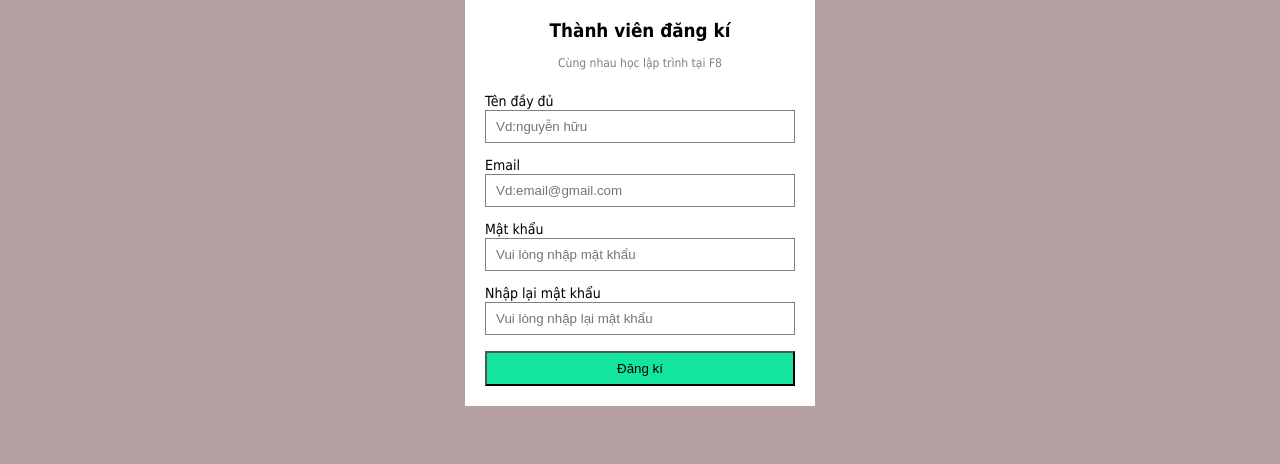
Repository: HuunvDev/Validator
Page: index.html
An editor plug-in stored every save of this project. The page is shown before and after the next save, followed by the edit.
The browser window is 1280 px wide. The pictures show the whole page.

Above is the page before, as saved 2022-08-20 09:46:29.

After the next save:
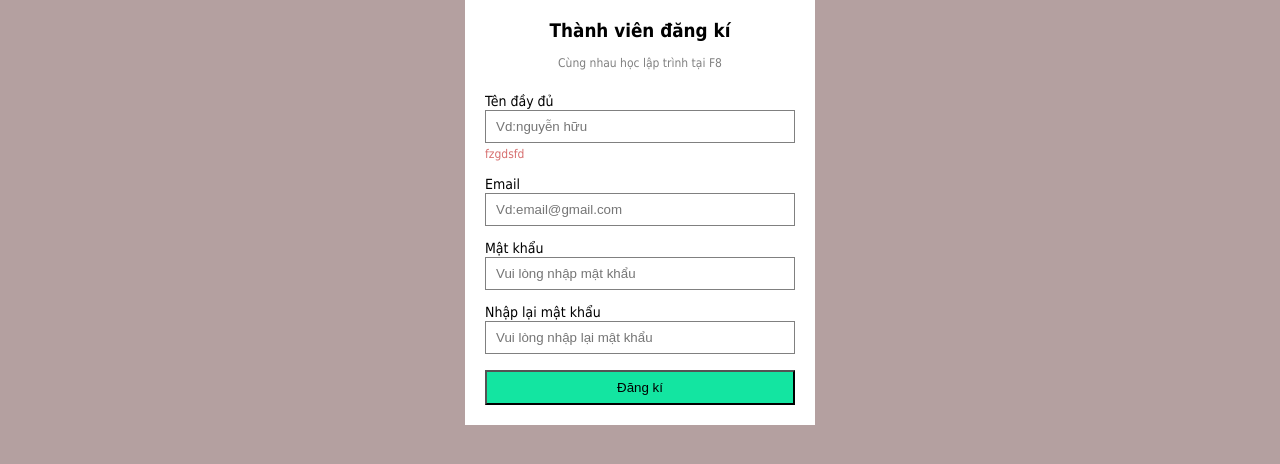
Saved 13 s later.
--- a/index.html
+++ b/index.html
@@ -16,7 +16,7 @@
             <div class="form-group">
                 <label for="fullName" class="form-lable">Tên đầy đủ</label><br>
                 <input type="text" id="fullName" name="fullName" placeholder="Vd:nguyễn hữu"><br>
-                <span class="form-message"></span>
+                <span class="form-message">fzgdsfd</span>
             </div>
             <div class="form-group">
                 <label for="email" class="form-lable">Email</label><br>
